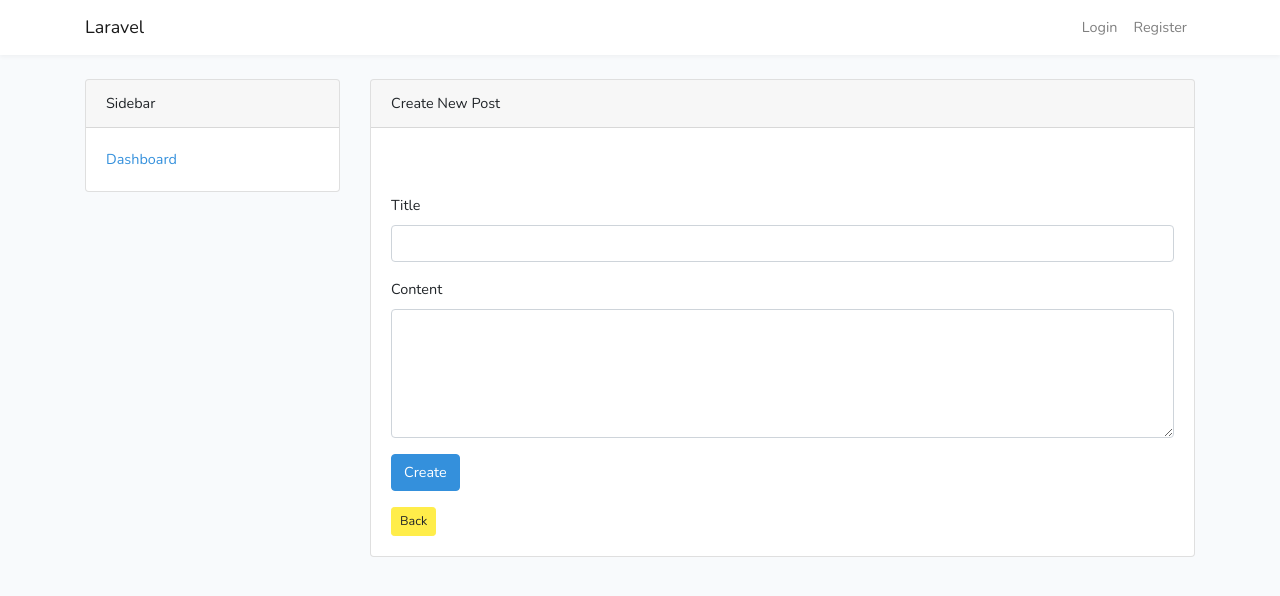
Repository: tlexDett/Covid19Ubon
Page: http://localhost/admin/posts/create
The author's editor kept a copy of each file at every save. The page is drawn from the files as they stood at one save, then again after the next save.
The browser window is 1280 px wide. The pictures show the whole page.
The page is served by the project's Laravel application, run on PHP 8.4 with Laravel 8.

Above is the page before, as saved 2020-05-05 01:28:34.

After the next save:
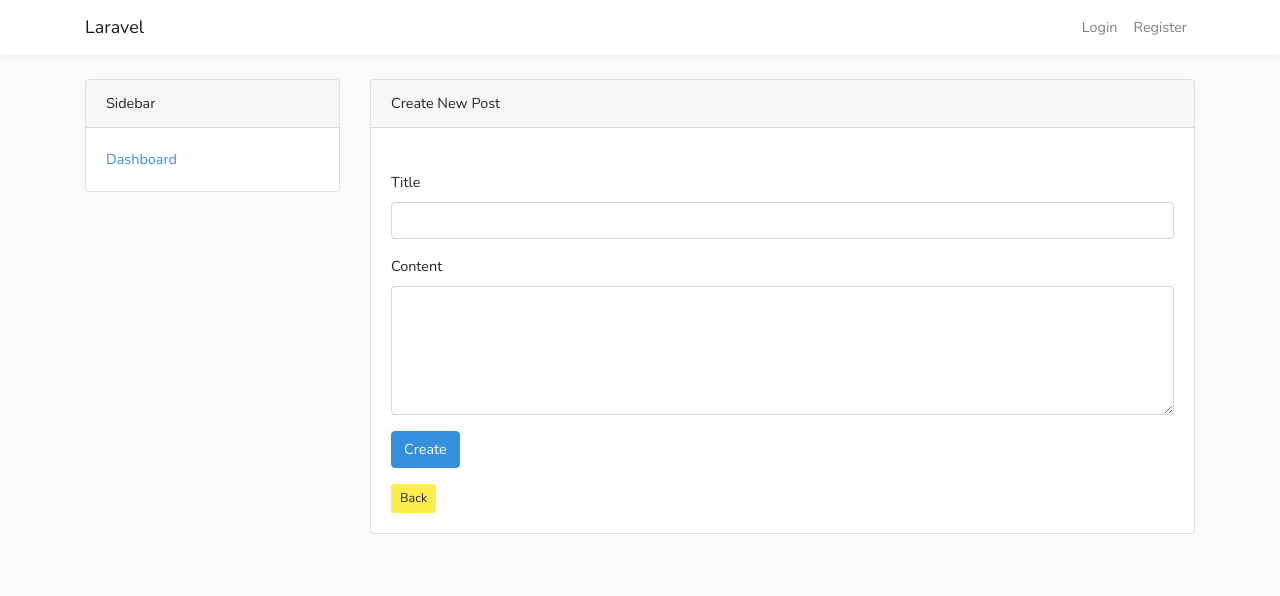
Saved 13 s later.
--- a/Covid19Ubon/resources/views/admin/posts/create.blade.php
+++ b/Covid19Ubon/resources/views/admin/posts/create.blade.php
@@ -11,7 +11,7 @@
                     <div class="card-body">
                         <!-- <a href="{{ url('/admin/posts') }}" title="Back"><button class="btn btn-warning btn-sm"><i class="fa fa-arrow-left" aria-hidden="true"></i> Back</button></a> -->
                         <br />
-                        <br />
+                        <!-- <br /> -->
 
                         @if ($errors->any())
                             <ul class="alert alert-danger">
